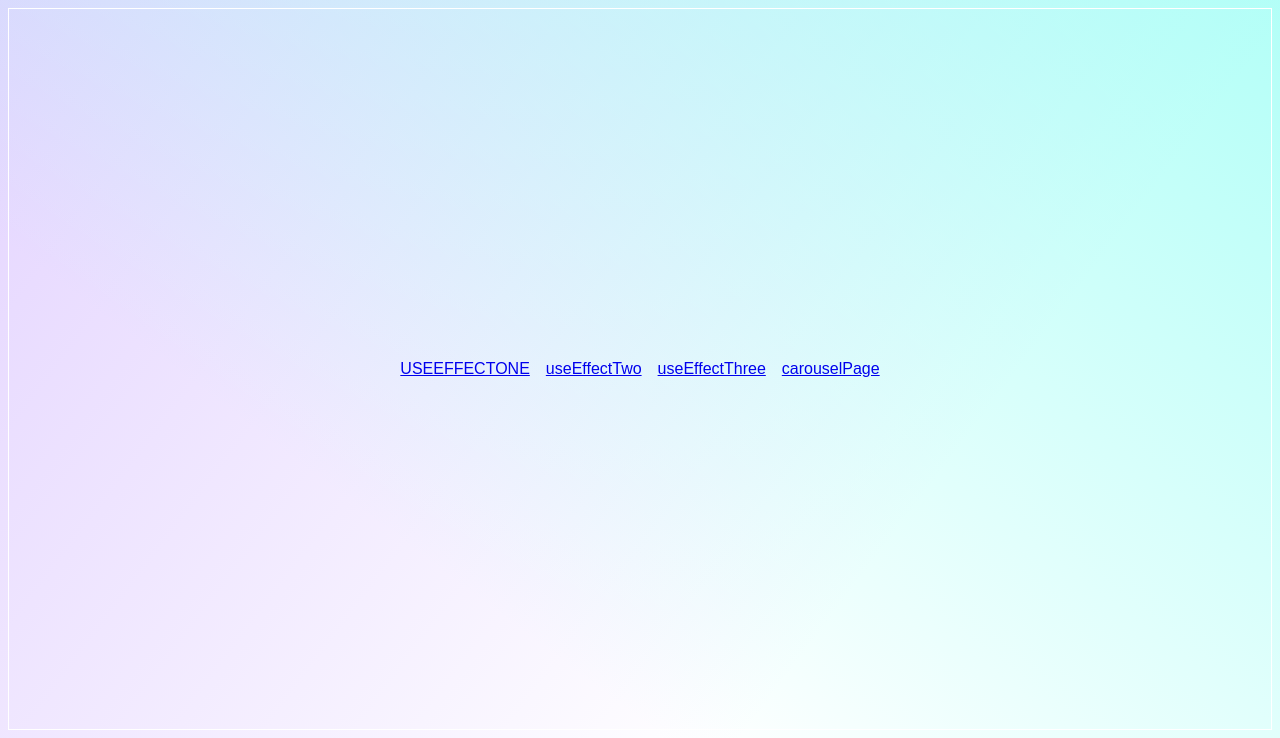
Repository: juliet-jskim/week-8-useEffect-carousel
Page: /
These files come from the project's save history. The page is drawn as it stood at one moment and after the next save; the edit follows.
The browser window is 1280 px wide. The pictures show the whole page.
The project was rebuilt for these pictures with package versions that can differ from the ones it lists, and the page was loaded fresh each time. The framework's server and built-in components were replaced by stand-ins that run in the browser. Also part of the build but not shown: next.config.js.

Above is the page before, as saved 2023-02-20 22:05:44.

After the next save:
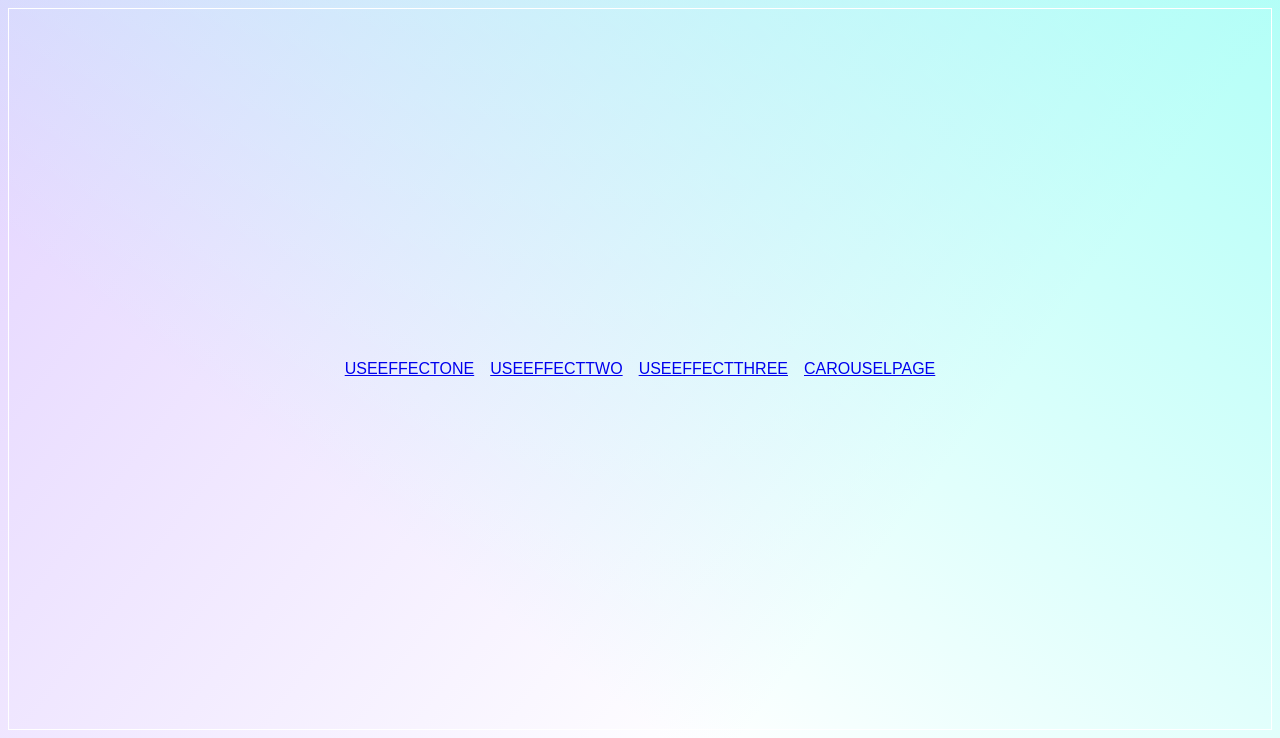
Saved 46 s later.
--- a/styles/Home.module.css
+++ b/styles/Home.module.css
@@ -13,16 +13,23 @@
 .link_one{
   font-family: Arial, Helvetica, sans-serif;
   text-transform: uppercase;
+  text-decoration: none;
 }
 
 .link_two{
   font-family: Arial, Helvetica, sans-serif;
+  text-transform: uppercase;
+  text-decoration: none;
 }
 
 .link_three{
   font-family: Arial, Helvetica, sans-serif;
+  text-transform: uppercase;
+  text-decoration: none;
 }
 
 .link_carousel{
   font-family: Arial, Helvetica, sans-serif;
+  text-transform: uppercase;
+  text-decoration: none;
 }
